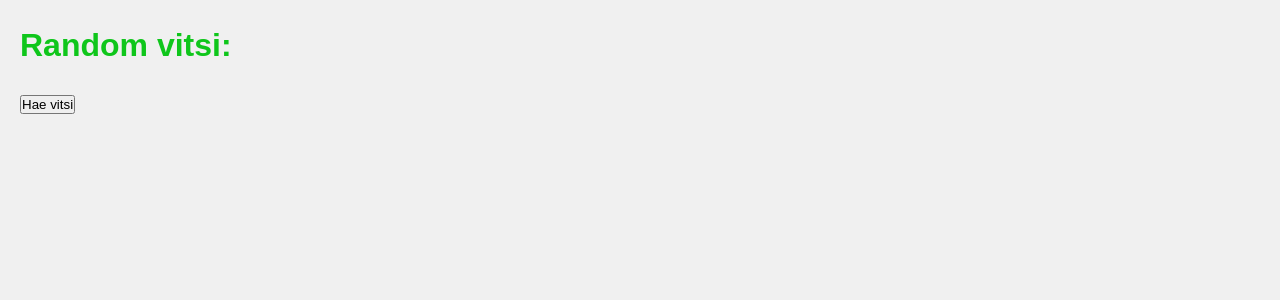
Repository: Javimetro/hyte-full-stack
Page: front/v4/index.html
These files come from the project's save history. The page is drawn as it stood at one moment and after the next save; the edit follows.
The browser window is 1280 px wide. The pictures show the whole page.

Above is the page before, as saved 2024-02-09 15:06:37.
Console error: SyntaxError: Unexpected end of input

### front/v4/index.html
<!DOCTYPE html>
<html lang="en">
<head>
    <meta charset="UTF-8">
    <meta name="viewport" content="width=device-width, initial-scale=1.0">
    <title>Your App Name</title>
    <link rel="stylesheet" href="/style.css"> <!-- Link to CSS file -->
</head>
<body>
    <h1>Random vitsi:</h1>
    <button class="chuck">Hae vitsi</button>
        <div class="show_joke"></div>


    <!-- this script tag to link your JavaScript file -->
    <script type="module" src="/main.js"></script>
</body>
</html>

### front/v4/style.css
/* Basic Reset */
* {
  margin: 0;
  padding: 0;
  box-sizing: border-box;
}

body {
  font-family: 'Arial', sans-serif;
  background-color: #f0f0f0;
  color: #333;
  line-height: 1.6;
  padding: 20px;
}

h1 {
  color: #0fc61b;
  margin-bottom: 20px;
}

p {
  margin-bottom: 20px;
}

.container {
  max-width: 800px;
  margin: auto;
  background: #fff;
  padding: 20px;
  border-radius: 8px;
  box-shadow: 0 2px 4px rgba(0, 0, 0, 0.1);
}

### main.js
import './style.css'

document.querySelector('#app').innerHTML = `
  <div>
    <a href="https://vitejs.dev" target="_blank">
      <img src="${viteLogo}" class="logo" alt="Vite logo" />
    </a>
    <a href="https://developer.mozilla.org/en-US/docs/Web/JavaScript" target="_blank">
      <img src="${javascriptLogo}" class="logo vanilla" alt="JavaScript logo" />
    </a>
    <h1>Hello Vite!</h1>
    <div class="card">
      <button id="counter" type="button"></button>
    </div>
    <p class="read-the-docs">
      Click on the Vite logo to learn more
    </p>
  </div>

After the next save:
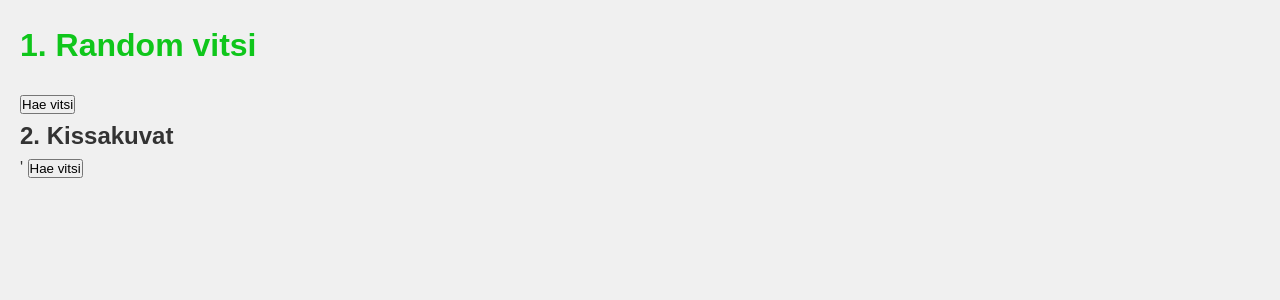
Saved 2 min 50 s later.
--- a/front/v4/index.html
+++ b/front/v4/index.html
@@ -7,10 +7,12 @@
     <link rel="stylesheet" href="/style.css"> <!-- Link to CSS file -->
 </head>
 <body>
-    <h1>Random vitsi:</h1>
+    <h1>1. Random vitsi</h1>
     <button class="chuck">Hae vitsi</button>
-        <div class="show_joke"></div>
-
+        <div class="showJoke"></div>
+    <h2>2. Kissakuvat</h2>'
+    <button class="kissa">Hae vitsi</button>
+        <div class="showKissa"></div>
 
     <!-- this script tag to link your JavaScript file -->
     <script type="module" src="/main.js"></script>
